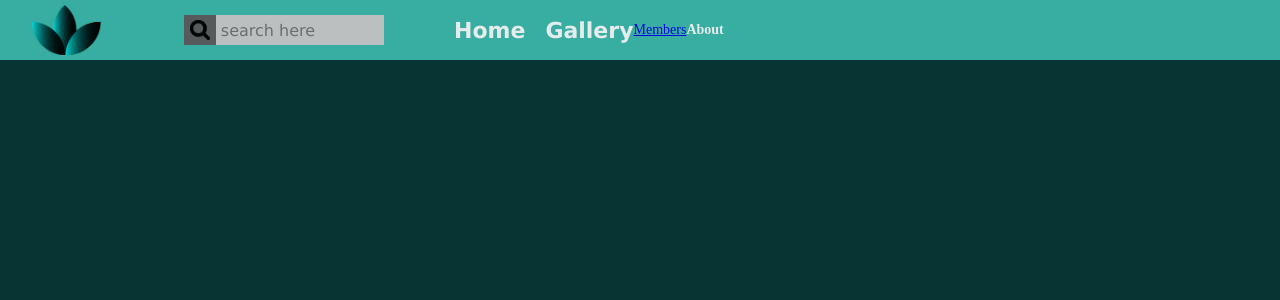
Repository: RawahaMR11/my_assignments
Page: rawaha computer/Shah Designs web/Shah home page.html
The author's editor kept a copy of each file at every save. The page is drawn from the files as they stood at one save, then again after the next save.
The browser window is 1280 px wide. The pictures show the whole page.

Above is the page before, as saved 2024-12-12 17:24:42.

After the next save:
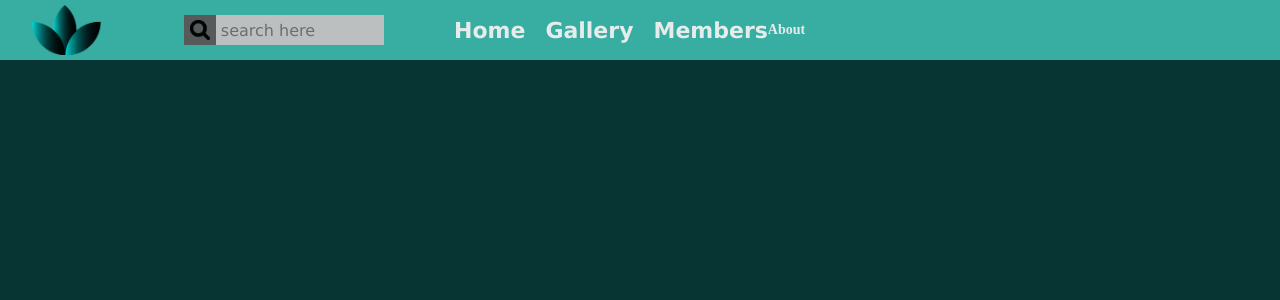
Saved 19 s later.
--- a/rawaha computer/Shah Designs web/Shah home page.css
+++ b/rawaha computer/Shah Designs web/Shah home page.css
@@ -100,12 +100,12 @@ header {
       font-weight: 700;
       color: white;
 }
-.gallery {
+.members {
       margin-left: 20px;
       font-family: Verdana, Geneva, Tahoma, sans-serif;
       font-size: 22px;
 }
-.gallery a {
+.members a {
       text-decoration: none;
       font-weight: 700;
       color: white;
